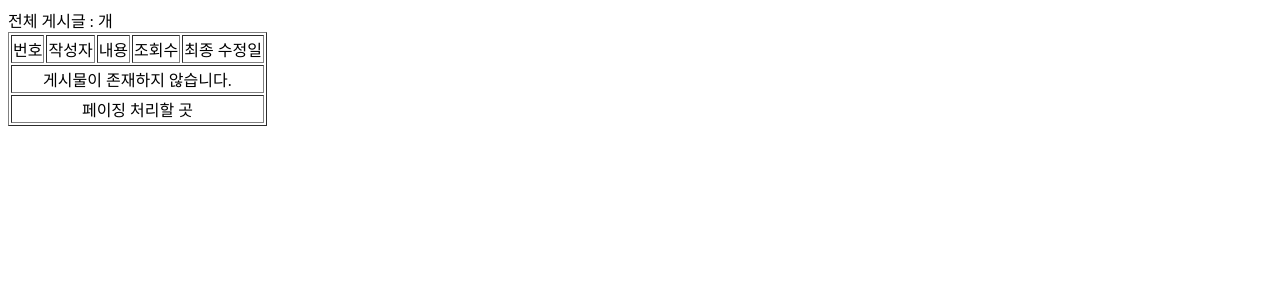
Repository: yangchunsick/JSPstudy
Page: http://localhost/11_MYHOME/free/list.jsp
The author's editor kept a copy of each file at every save. The page is drawn from the files as they stood at one save, then again after the next save.
The browser window is 1280 px wide. The pictures show the whole page.
The page is served by Tomcat 9. The template is opened directly, without the code that normally fills it, so the values that code supplies are empty.

Above is the page before, as saved 2021-11-22 06:48:37.

After the next save:
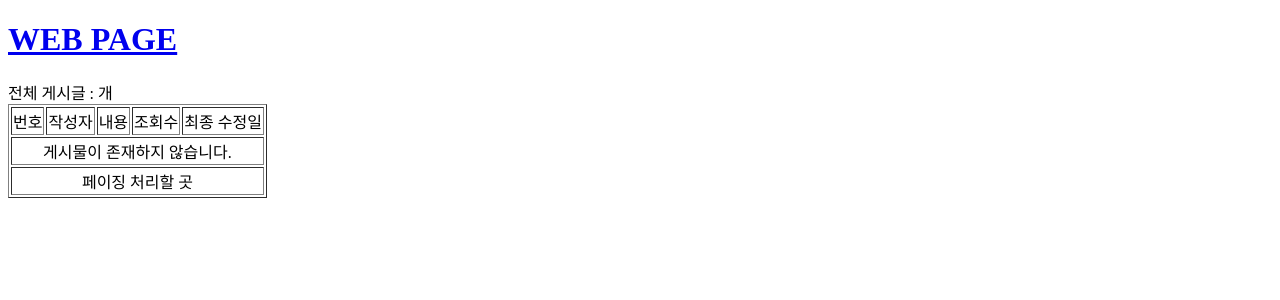
Saved 89 s later.
--- a/workspace/11_MYHOME/WebContent/free/list.jsp
+++ b/workspace/11_MYHOME/WebContent/free/list.jsp
@@ -17,7 +17,9 @@
 </script>
 </head>
 <body>
-
+	<h1>
+		<a href="index.jsp">WEB PAGE</a>
+	</h1>
 	<!-- 작성 링크 -->
 	<div>
 		<!-- 로그인 한 유저가 not null일 때 로그인 한 경우에만  -->
